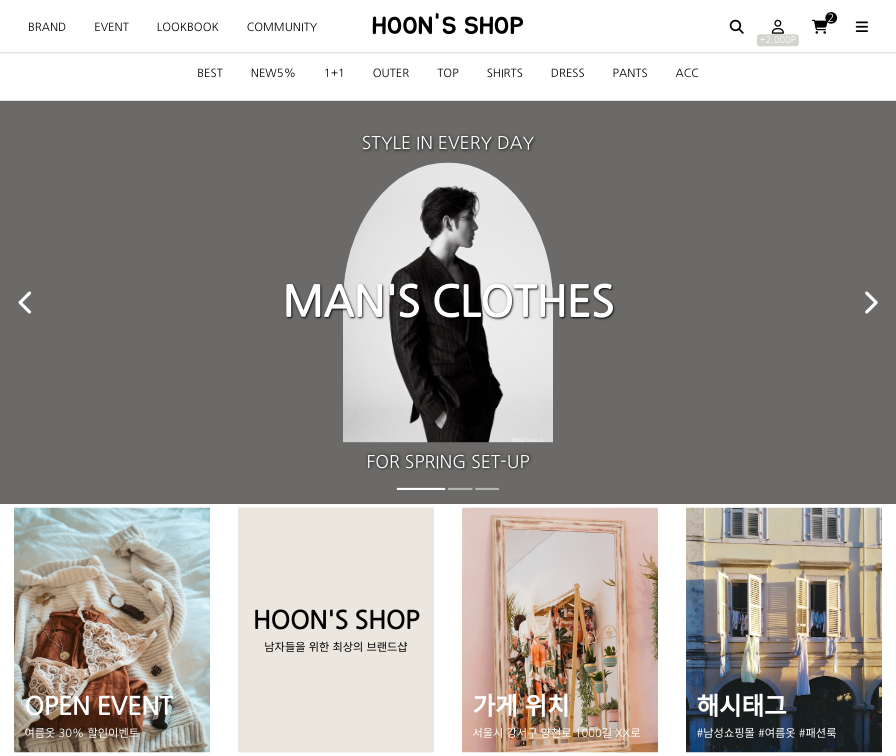
Repository: Iimchaehoon/cafeProject
Page: src/index.html
These files come from the project's save history. The page is drawn as it stood at one moment and after the next save; the edit follows.
The browser window is 1280 px wide. The pictures show the part of the page from y = 0 to 1920 px (the page is 1080 px tall before and 5131 px after), at 70% of full size.
Some web fonts or font styles are not loaded; a fallback is used. Some web libraries are served in a nearby version.

Above is the page before, as saved 2024-07-24 21:09:28.

### src/index.html
<!DOCTYPE html>
<html lang="en">
  <head>
    <meta charset="UTF-8" />
    <meta name="viewport" content="width=device-width, initial-scale=1.0" />
    <link rel="shortcut icon" href="/assets/cafefav.png" type="image/x-icon" />
    <link rel="stylesheet" href="/src/css/style.css" />
    <title>cafe24_clone</title>
    <script
      src="https://kit.fontawesome.com/1e606f2a97.js"
      crossorigin="anonymous"
    ></script>
  </head>
  <body>
    <!--header-->
    <header class="header">
      <div class="header__top">
        <nav class="header__nav-box">
          <ul class="header__list-box">
            <li class="header__content">BRAND</li>
            <li class="header__content">EVENT</li>
            <li class="header__content">LOOKBOOK</li>
            <li class="header__content">COMMUNITY</li>
          </ul>
        </nav>
        <h1 class="header__title">HOON'S SHOP</h1>
        <ul class="header__menu">
          <li class="header__content">
            <i class="fa-solid fa-magnifying-glass fa-lg"></i>
          </li>
          <li class="header__content header__content--badge-price">
            <div class="header__price-badge"><span>+2,000P</span></div>
            <i class="fa-regular fa-user fa-lg"></i>
          </li>
          <li class="header__content header__content--badge-box">
            <div class="header__cart-badge"><span>2</span></div>
            <i class="fa-solid fa-cart-shopping fa-lg"></i>
          </li>
          <li class="header__content">
            <i class="fa-solid fa-bars fa-lg"></i>
          </li>
        </ul>
      </div>

      <div class="header__bottom">
        <ul class="header__category">
          <li class="header__content">BEST</li>
          <li class="header__content">NEW5%</li>
          <li class="header__content">1+1</li>
          <li class="header__content">OUTER</li>
          <li class="header__content">TOP</li>
          <li class="header__content">SHIRTS</li>
          <li class="header__content">DRESS</li>
          <li class="header__content">PANTS</li>
          <li class="header__content">ACC</li>
        </ul>
      </div>
    </header>
    <!-- main  -->
    <main class="main">
      <section class="main__slider">
        <h2 class="main__slider-title">MAN'S CLOTHES</h2>
        <span class="main__slider-btn"
          ><i class="fa-solid fa-chevron-left fa-xl"></i
        ></span>

        <div class="main__slider-container">
          <span class="main__slider-text">STYLE IN EVERY DAY</span>
          <div class="main__slider-image-container">
            <img
              class="main__slider-image"
              src="/assets/main-slider.jpg"
              alt="main-slider_img"
            />
          </div>
          <span class="main__slider-text">FOR SPRING SET-UP</span>
        </div>

        <span class="main__slider-btn"
          ><i class="fa-solid fa-chevron-right fa-xl"></i
        ></span>
        <div class="main__progress-bar">
          <div
            class="main__progress-bar-item main__progress-bar-item--visible"
          ></div>
          <div
            class="main__progress-bar-item main__progress-bar-item--invisible"
          ></div>
          <div
            class="main__progress-bar-item main__progress-bar-item--invisible"
          ></div>
        </div>
      </section>
    </main>
    <!-- section -->
    <section class="main__introduction">
      <div class="main__intro-container-img">
        <img class="main__intro-image" src="/assets/intro-01.jpg" alt="" />
        <div class="main__intro-text-container">
          <h2 class="main__intro-title">OPEN EVENT</h2>
          <span class="main__intro-description">여름옷 30% 할인이벤트</span>
        </div>
      </div>
      <div class="main__intro-container">
        <h2 class="main__intro-title main__intro-title-black">HOON'S SHOP</h2>
        <span class="main__intro-description main__intro-description-black"
          >남자들을 위한 최상의 브랜드샵</span
        >
      </div>
      <div class="main__intro-container-img">
        <img class="main__intro-image" src="/assets/intro-02.jpg" alt="" />

        <div class="main__intro-text-container">
          <h2 class="main__intro-title">가게 위치</h2>
          <span class="main__intro-description"
            >서울시 강서구 양천로 1000길 XX로</span
          >
        </div>
      </div>
      <div class="main__intro-container-img">
        <img class="main__intro-image" src="/assets/intro-03.jpg" alt="" />

        <div class="main__intro-text-container">
          <h2 class="main__intro-title">해시태그</h2>
          <span class="main__intro-description"
            >#남성쇼핑몰 #여름옷 #패션룩</span
          >
        </div>
      </div>
    </section>
  </body>
</html>

### src/css/style.css
@import "reset.css";
@import "components/header.css";
@import url("https://fonts.googleapis.com/css2?family=Cute+Font&family=Jua&display=swap");
@import url("https://fonts.googleapis.com/css2?family=Nanum+Gothic&family=Noto+Sans+KR:wght@100..900&display=swap");
@import url("./slider.css");
@import "intro.css";
body {
  font-family: "Nanum Gothic", sans-serif;
  margin: 0;
  padding: 0;
  box-sizing: border-box;
}
ul {
  margin: 0;
}

### src/css/components/header.css
.header {
  height: 20vh;
}
.header__top {
  display: flex;
  justify-content: space-between;
  padding: 20px;
  border-bottom: 1px solid rgba(0, 0, 0, 0.2);
}
.header__nav-box {
  width: 33%;
}
.header__title {
  width: 33%;
  font-family: "Jua", sans-serif;

  font-size: 35px;
  font-weight: 500;
  text-align: center;
}

.header__list-box {
  display: flex;

  height: 100%;
  align-items: center;
}
.header__menu {
  display: flex;
  align-items: center;
  justify-content: flex-end;

  width: 33%;
}
.header__content {
  margin: 0 20px;
}
/* 아래헤더 */
.header__category {
  display: flex;
  justify-content: center;
  padding: 20px 0;
}
.header__cart-badge {
  background-color: black;
  display: flex;
  justify-content: center;
  align-items: center;
  border-radius: 100%;
  width: 13px;
  height: 13px;
  padding: 2px;
  position: absolute;
  top: -13px;
  right: -13px;
}
.header__content--badge-box {
  position: relative;
}
.header__cart-badge span {
  color: white;
}
.header__content--badge-price {
  position: relative;
}
.header__price-badge {
  background-color: #d5d3cd;
  color: white;
  display: flex;
  justify-content: center;
  align-items: center;
  font-size: 13px;
  border-radius: 5px;
  padding: 2px 4px;
  position: absolute;
  left: 50%;
  transform: translateX(-50%);
  bottom: -20px;
}

### src/css/slider.css
.main__slider {
  display: flex;
  justify-content: space-between;
  align-items: center;
  padding: 30px;
  background-color: #6b6a68;
  position: relative;
  height: 80vh;
  box-sizing: border-box;
}

.main__slider-btn {
  transform: scale(1.5);
  color: white;
}

.main__slider-text {
  color: white;
  font-size: 25px;
  text-shadow: 1px 1px 5px black;
}

.main__slider-container {
  display: flex;
  flex-direction: column;
  align-items: center;
}
.main__slider-image-container {
  width: 300px;
  height: 400px;

  border-top-left-radius: 50%;
  border-top-right-radius: 50%;

  overflow: hidden;
  margin: 15px 0;
}
.main__slider-image {
  width: 100%;
  height: 100%;
  object-fit: cover;
}
.main__slider-title {
  color: white;
  font-weight: 600;
  font-size: 60px;
  text-shadow: 1px 1px 3px black;
  position: absolute;
  top: 50%;
  left: 50%;
  transform: translate(-50%, -50%);
}
.main__progress-bar {
  width: 150px;
  height: 3px;

  position: absolute;
  bottom: 20px;
  left: 50%;
  transform: translateX(-50%);
  display: flex;
}
.main__progress-bar-item {
  height: 100%;
  background-color: white;
  margin: 0 2px;
}
.main__progress-bar-item--visible {
  width: 50%;
}
.main__progress-bar-item--invisible {
  width: 25%;
  opacity: 0.5;
}

### src/css/intro.css
.main__introduction {
  display: flex;
  justify-content: center;
  align-items: center;
  height: 50vh;
}
.main__intro-container-img,
.main__intro-container {
  width: 350px;
  height: 350px;
  overflow: hidden;
  margin: 0 20px;
}
.main__intro-container {
  display: flex;
  flex-direction: column;
  justify-content: center;
  align-items: center;
  background-color: #ebe7df;
}
.main__intro-image {
  width: 100%;
  height: 100%;
  object-fit: cover;
}

.main__intro-container-img {
  position: relative;
}
.main__intro-text-container {
  position: absolute;
  bottom: 20px;
  left: 15px;
}
.main__intro-title {
  color: white;
  font-size: 35px;
  font-weight: 600;
  margin-bottom: 12px;
}
.main__intro-description {
  color: white;
}
.main__intro-title-black {
  color: black;
}
.main__intro-description-black {
  color: black;
}

### src/css/common.css
@import url("https://fonts.googleapis.com/css2?family=Cute+Font&family=Jua&display=swap");
@import url("https://fonts.googleapis.com/css2?family=Nanum+Gothic&family=Noto+Sans+KR:wght@100..900&display=swap");
body {
  font-family: "Nanum Gothic", sans-serif;
  margin: 0;
  padding: 0;
  box-sizing: border-box;
}

### src/css/pages/main.css
@import "../common.css";
@import "../reset.css";
@import "../components/header.css";
@import "../slider.css";
@import "../intro.css";

Loaded but not shown: src/css/reset.css (common file)

After the next save:
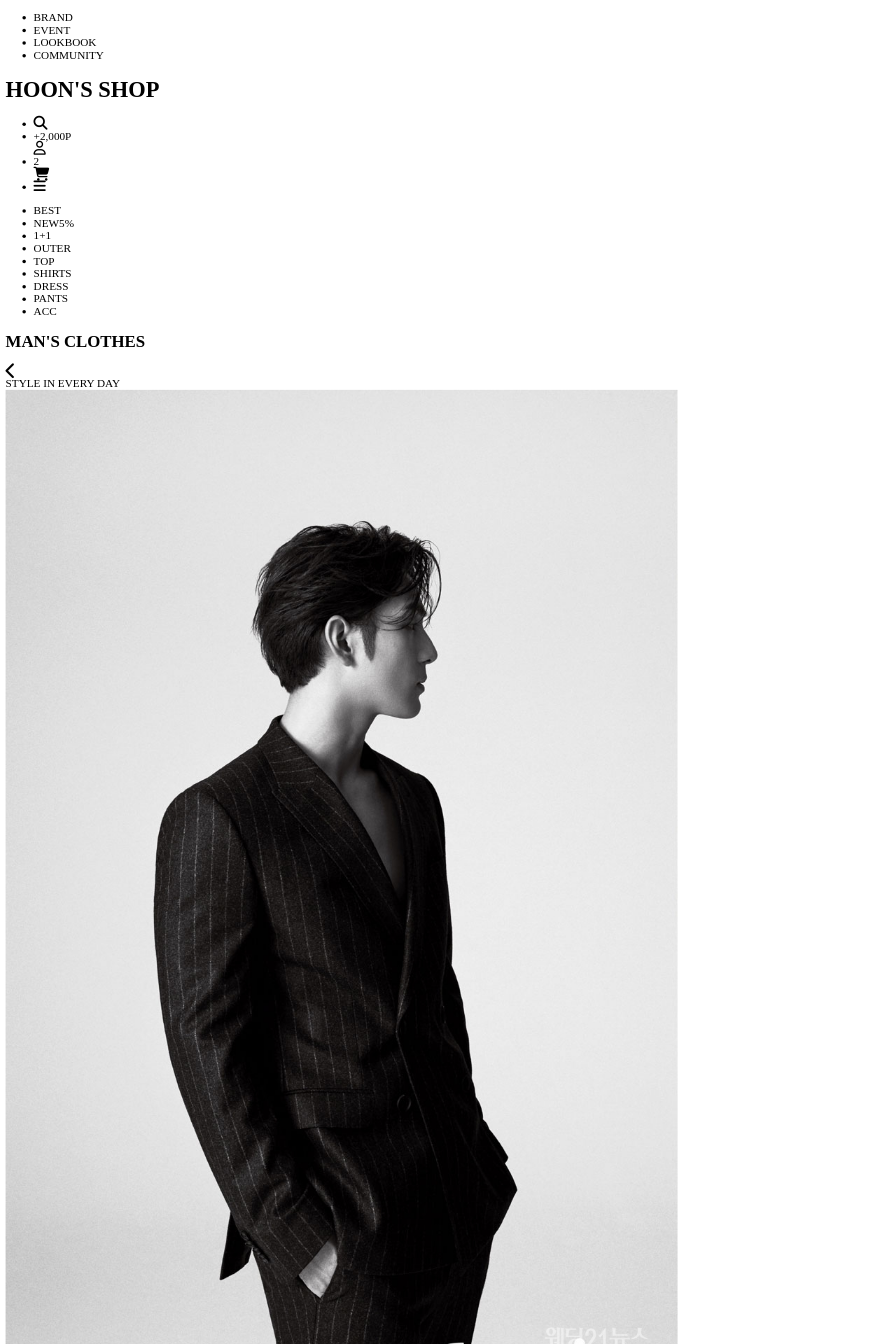
Not found: src/css/main.css
Saved 31 s later.
--- a/src/index.html
+++ b/src/index.html
@@ -4,7 +4,7 @@
     <meta charset="UTF-8" />
     <meta name="viewport" content="width=device-width, initial-scale=1.0" />
     <link rel="shortcut icon" href="/assets/cafefav.png" type="image/x-icon" />
-    <link rel="stylesheet" href="/src/css/style.css" />
+    <link rel="stylesheet" href="/src/css/main.css" />
     <title>cafe24_clone</title>
     <script
       src="https://kit.fontawesome.com/1e606f2a97.js"

After the 2 saves that followed:
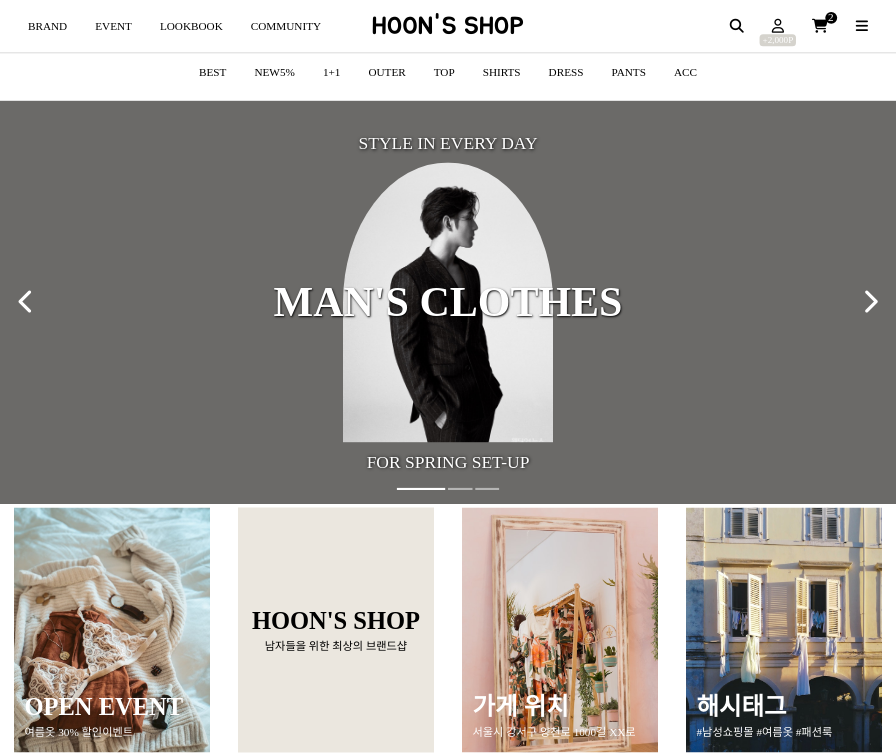
The 2 saves are shown as one change because 1 left the picture as it was.
The last was saved 47 s later.
--- a/src/index.html
+++ b/src/index.html
@@ -4,7 +4,7 @@
     <meta charset="UTF-8" />
     <meta name="viewport" content="width=device-width, initial-scale=1.0" />
     <link rel="shortcut icon" href="/assets/cafefav.png" type="image/x-icon" />
-    <link rel="stylesheet" href="/src/css/main.css" />
+    <link rel="stylesheet" href="/src/css/pages/main.css" />
     <title>cafe24_clone</title>
     <script
       src="https://kit.fontawesome.com/1e606f2a97.js"
--- a/src/css/common.css
+++ b/src/css/common.css
@@ -6,3 +6,6 @@ body {
   padding: 0;
   box-sizing: border-box;
 }
+ul {
+  margin: 0;
+}
